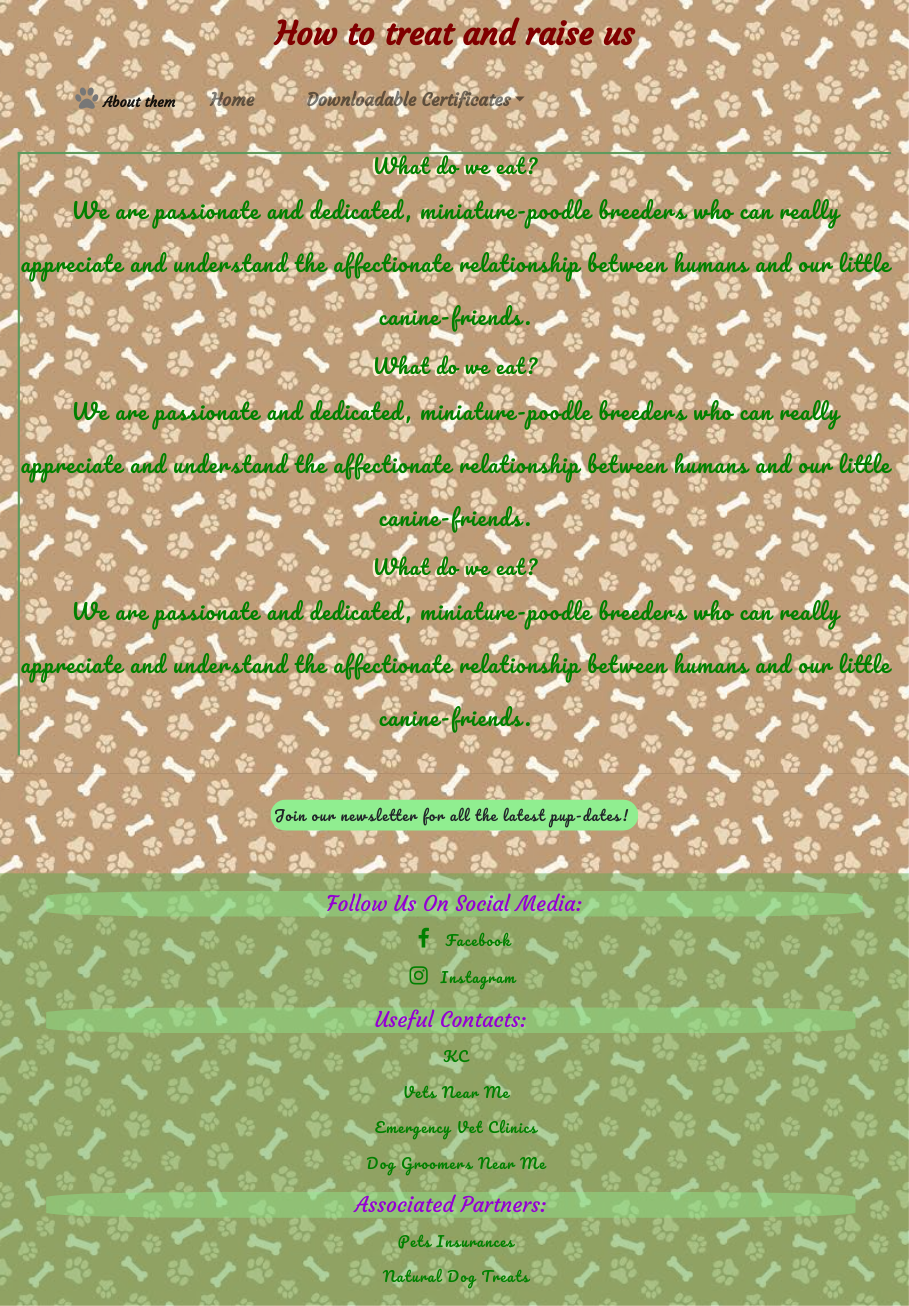
Repository: Code-Institute-Submissions/GeorgiosSklav-Iacinthos-blog
Page: about-them.html
The author's editor kept a record of every edit. The page is drawn from the files as they stood at one moment, then again after the next edit.
The browser window is 1280 px wide. The pictures show the whole page, at 71% of full size.

Above is the page before.

After the next edit:
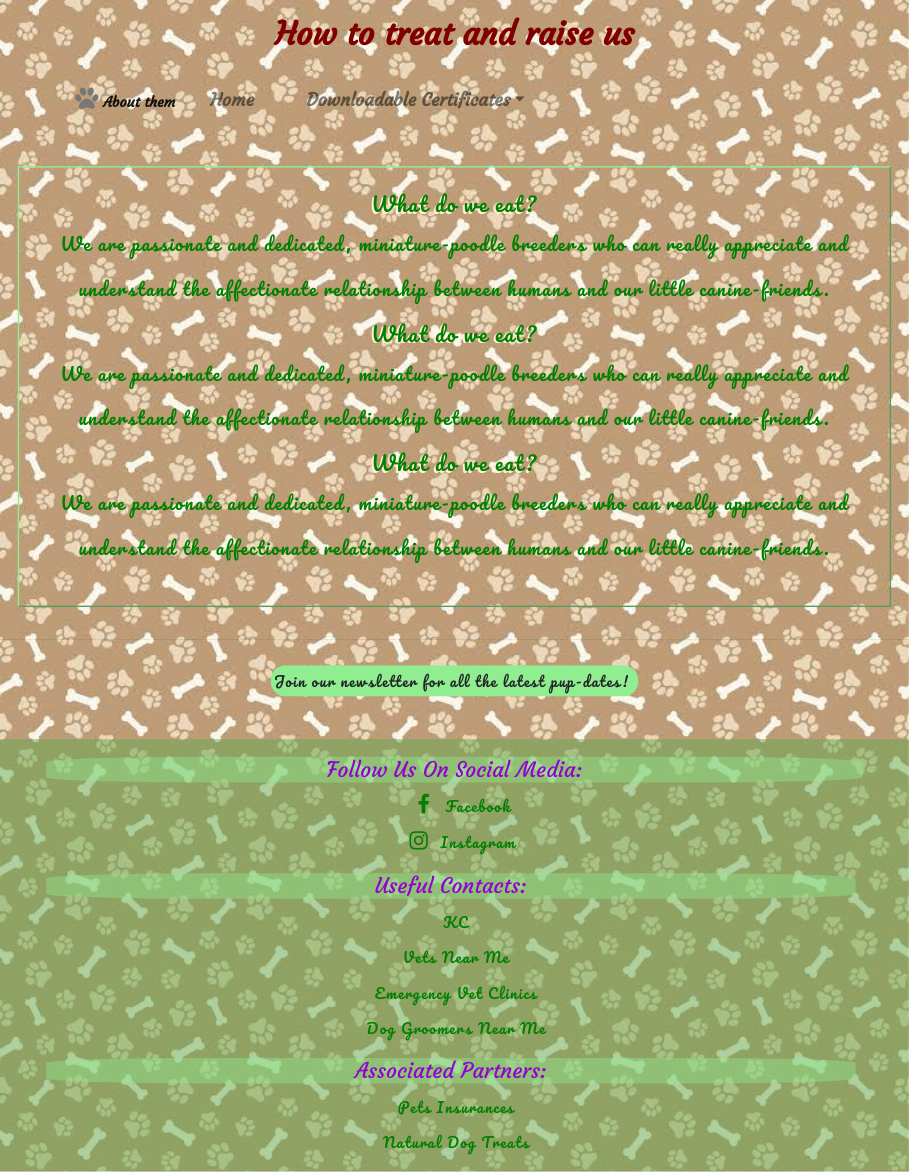
The edit:
--- a/style.css
+++ b/style.css
@@ -170,10 +170,13 @@
 }
 
 #frame {
-    border-top-style: inset;
-    border-top-color: rgb(144, 238, 144);
-    border-left-style: inset;
-    border-left-color: rgb(144, 238, 144);
+    border: 2px outset  #90ee90;
+    font-size: 25px;
+    letter-spacing: 2px;
+    margin-top: 45px;
+    margin-bottom: 45px;
+    padding: 35px;
+
 }
 
 /*===============================border-line*/
